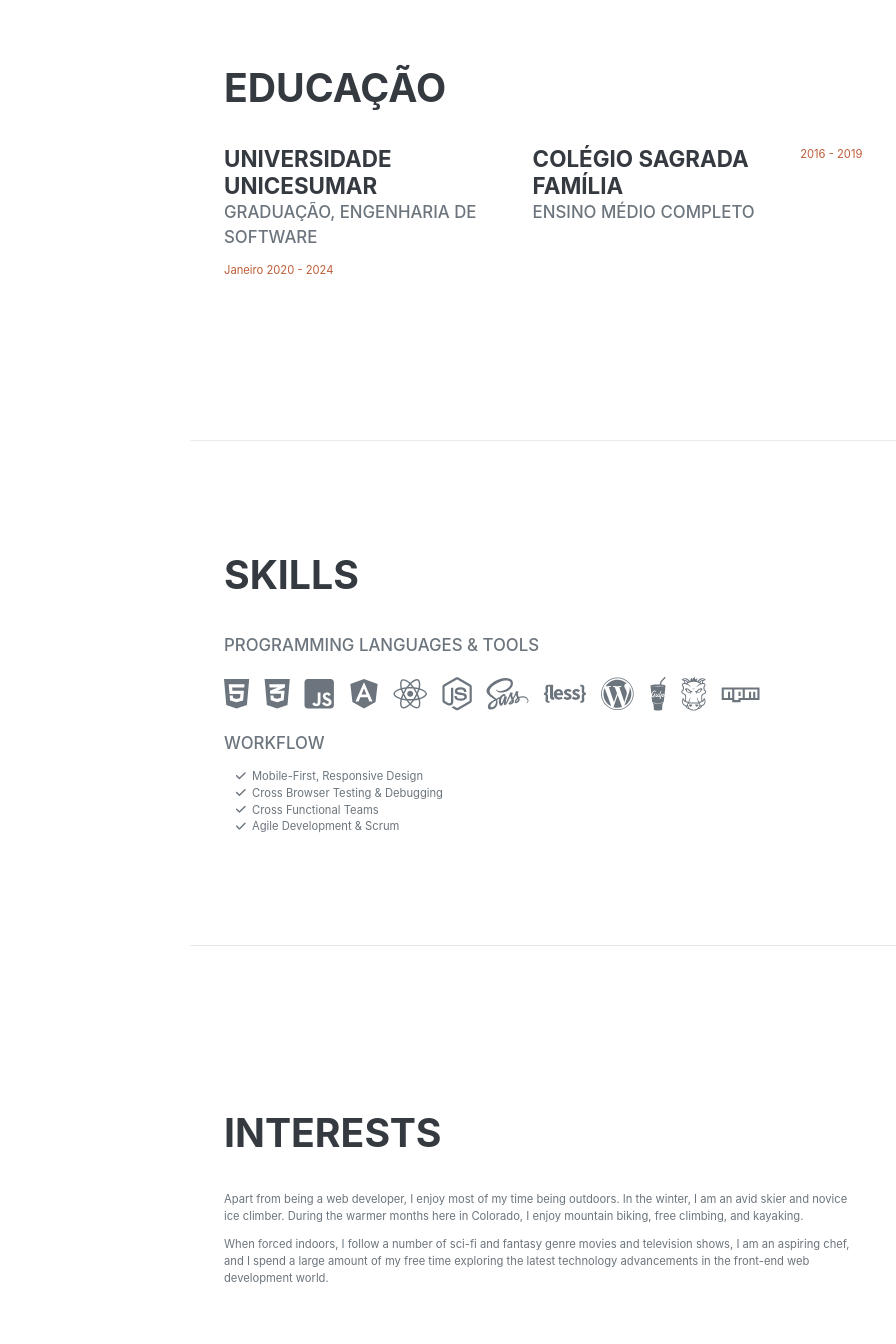
Repository: JuniorRoth/Curriculo-Web
Page: public/index.html
An editor plug-in stored every save of this project. The page is shown before and after the next save, followed by the edit.
The browser window is 1280 px wide. The pictures show the part of the page from y = 1533 to 3453 px (the page is 4325 px tall), at 70% of full size.
Some web fonts or font styles are not loaded; a fallback is used. Some web libraries are served in a nearby version.

Above is the page before, as saved 2023-02-07 14:52:17.

After the next save:
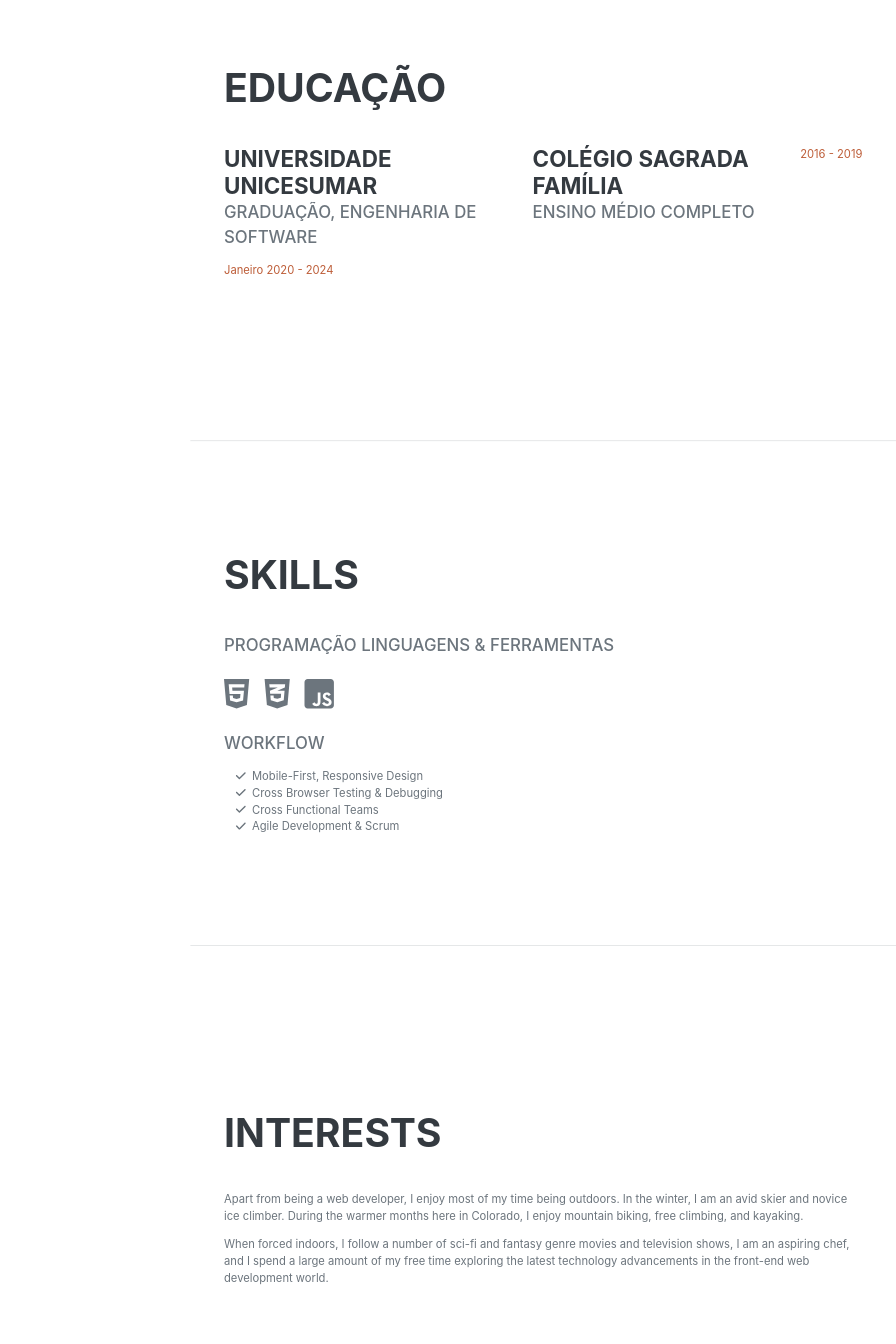
Saved 18 h 36 min later.
--- a/public/index.html
+++ b/public/index.html
@@ -95,20 +95,11 @@
             <section class="resume-section" id="skills">
                 <div class="resume-section-content">
                     <h2 class="mb-5">Skills</h2>
-                    <div class="subheading mb-3">Programming Languages & Tools</div>
+                    <div class="subheading mb-3">Programação Linguagens & Ferramentas</div>
                     <ul class="list-inline dev-icons">
                         <li class="list-inline-item"><i class="fab fa-html5"></i></li>
                         <li class="list-inline-item"><i class="fab fa-css3-alt"></i></li>
                         <li class="list-inline-item"><i class="fab fa-js-square"></i></li>
-                        <li class="list-inline-item"><i class="fab fa-angular"></i></li>
-                        <li class="list-inline-item"><i class="fab fa-react"></i></li>
-                        <li class="list-inline-item"><i class="fab fa-node-js"></i></li>
-                        <li class="list-inline-item"><i class="fab fa-sass"></i></li>
-                        <li class="list-inline-item"><i class="fab fa-less"></i></li>
-                        <li class="list-inline-item"><i class="fab fa-wordpress"></i></li>
-                        <li class="list-inline-item"><i class="fab fa-gulp"></i></li>
-                        <li class="list-inline-item"><i class="fab fa-grunt"></i></li>
-                        <li class="list-inline-item"><i class="fab fa-npm"></i></li>
                     </ul>
                     <div class="subheading mb-3">Workflow</div>
                     <ul class="fa-ul mb-0">
